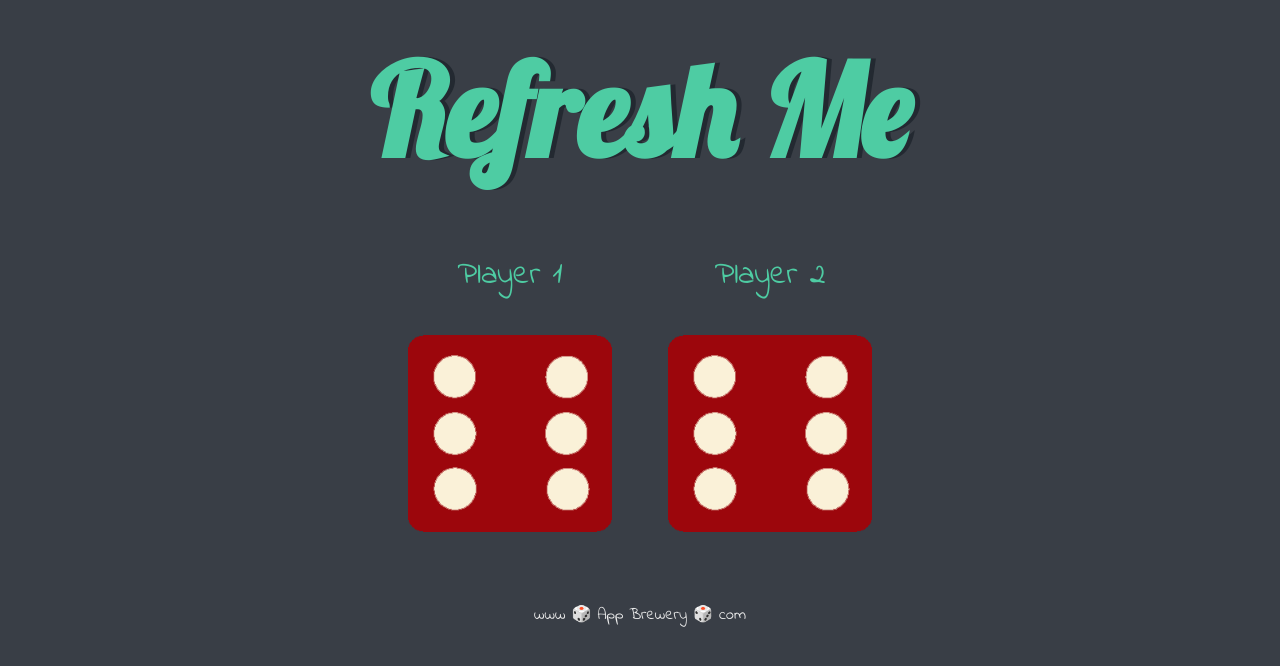
Repository: miaaow42/dice-play
Page: dicee.html
The author's editor kept a copy of each file at every save. The page is drawn from the files as they stood at one save, then again after the next save.
The browser window is 1280 px wide. The pictures show the whole page.

Above is the page before, as saved 2022-06-29 22:55:19.
Console error: TypeError: document.getElementsById is not a function

### dicee.html
<!DOCTYPE html>
<html lang="en" dir="ltr">
  <head>
    <meta charset="utf-8">
    <title>Dice</title>
    <link rel="stylesheet" href="styles.css">
    <link href="https://fonts.googleapis.com/css?family=Indie+Flower|Lobster" rel="stylesheet">

  </head>
  <body>

    <div class="container">
      <h1>Refresh Me</h1>

      <div class="dice">
        <p>Player 1</p>
        <img class="img1" id="img1" src="images/dice6.png">
      </div>

      <div class="dice">
        <p>Player 2</p>
        <img class="img2" src="images/dice6.png">
      </div>

    </div>

    <script src="index.js"></script>
  </body>

  <footer>
    www 🎲 App Brewery 🎲 com
  </footer>
</html>

### index.js
let randomNumber1 = Math.floor(Math.random()*6)+1;

window.onload = function changeImgs(){
    let img = document.getElementsById("img1");
    if(randomNumber1 === 1){
        img.src = 'images/dice1.png';
    }
    else if (randomNumber1 === 2){
        img.src = "images/dice1.png";
    }
    else if (randomNumber1 === 3){
        img.src = "images/dice1.png";
    }
    else if (randomNumber1 === 4){
        img.src = "images/dice1.png";
    }
    else if (randomNumber1 === 5){
        img.src = "images/dice1.png";
    }
    else {
        img.src = "images/dice1.png";
    }
}

console.log(randomNumber1);

Loaded but not shown: styles.css (common file)

After the next save:
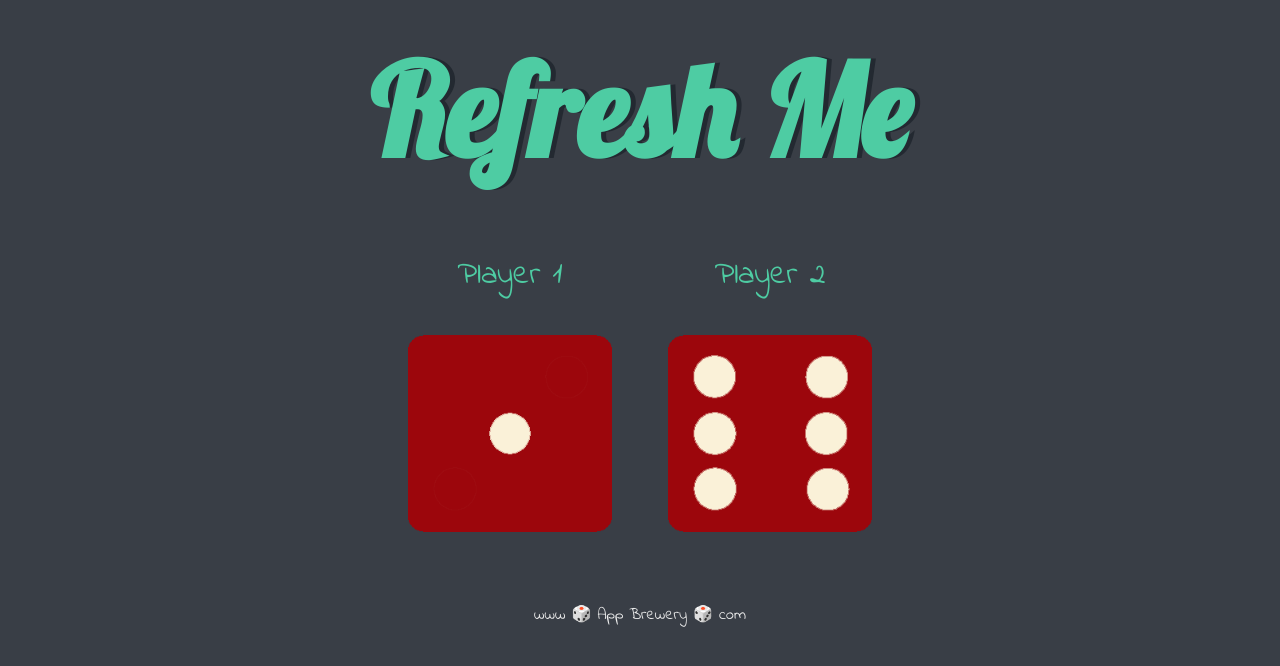
The error is gone.
Saved 36 s later.
--- a/index.js
+++ b/index.js
@@ -1,7 +1,7 @@
 let randomNumber1 = Math.floor(Math.random()*6)+1;
 
 window.onload = function changeImgs(){
-    let img = document.getElementsById("img1");
+    let img = document.getElementById("img1")
     if(randomNumber1 === 1){
         img.src = 'images/dice1.png';
     }
